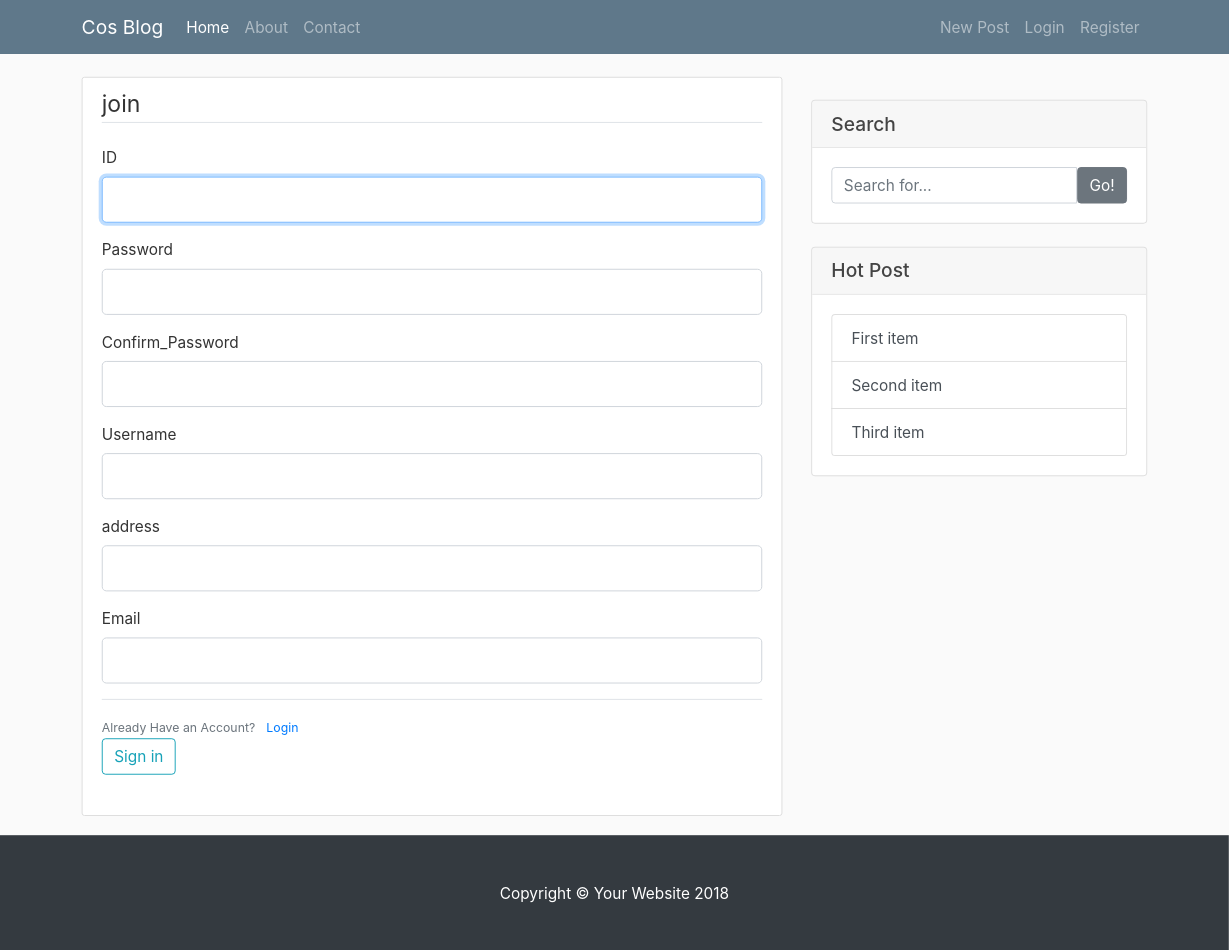
Repository: DogyeKing/blog
Page: http://localhost/blog/member/joinForm.jsp
An editor plug-in stored every save of this project. The page is shown before and after the next save, followed by the edit.
The browser window is 1280 px wide. The pictures show the whole page, at 96% of full size.
The page is served by Tomcat 9. Other server files are loaded and not shown.

Above is the page before, as saved 2018-08-08 07:14:48.

### blog/blog/WebContent/member/joinForm.jsp
<%@ page language="java" contentType="text/html; charset=UTF-8"
    pageEncoding="UTF-8"%>

<!DOCTYPE html>
<html>
<head>

  <meta charset="utf-8">
  <meta name="viewport" content="width=device-width, initial-scale=1, shrink-to-fit=no">
  <meta name="description" content="">
  <meta name="author" content="">

  <title>Cos Blog</title>

  <!-- Bootstrap core CSS -->
  <link href="<%=request.getContextPath()%>/css/bootstrap.css" rel="stylesheet">
  <!-- Bootstrap core JavaScript -->
  <script src="<%=request.getContextPath()%>/js/jquery.min.js"></script>
  <script src="<%=request.getContextPath()%>/js/bootstrap.bundle.min.js"></script>

  <!-- Custom styles for this template -->
  <link href="<%=request.getContextPath()%>/css/blog-home.css" rel="stylesheet">

</head>

<body>
	<!-- Nav Include -->
	<jsp:include page="/include/head.jsp"/>

<!-- Page Content -->
<div class="container">
  <div class="row">
    <!-- Blog Entries Column -->
<div class="col-md-8">
	<div class="content-section">
	<form method="POST" action="<%=request.getContextPath()%>/member?cmd=member_join">
		<fieldset class="form-group">
			<legend class="border-bottom mb-4">join</legend>
			<div class="form-group">
  			<label class="form-control-label">ID</label>
		  	<input class="form-control form-control-lg" type="text" name="id" maxlength="20" required autofocus>
			</div>

			<div class="form-group">
				<label class="form-control-label">Password</label>
				<input class="form-control form-control-lg" type="password" name="password" maxlength="20" required>
			</div>

			<div class="form-group">
				<label class="form-control-label">Confirm_Password</label>
				<input class="form-control form-control-lg" type="password" name="confirm" maxlength="20" required>
			</div>

			<div class="form-group">
				<label class="form-control-label">Username</label>
				<input class="form-control form-control-lg" type="text" name="username" maxlength="20" required>
			</div>

			<div class="form-group">
				<label class="form-control-label">address</label>
				<input class="form-control form-control-lg" type="text" name="roadFullAddr" maxlength="20" required>
			</div>

			<div class="form-group">
				<label class="form-control-label">Email</label>
				<input class="form-control form-control-lg" type="email" name="email" maxlength="20" required>
			</div>

			<div class="border-top pt-3">
				<small class="text-muted">
					Already Have an Account? <a class="ml-2" href="<%=request.getContextPath()%>/member/loginForm.jsp">Login</a>
				</small>
			</div>

			<div class="form-group">
				<button class="btn btn-outline-info" type="submit">Sign in</button>
			</div>

		</fieldset>
	</form>
	</div>
</div>

<!--  SideBar Include -->
	<jsp:include page="../include/aside.jsp"/>

<!-- Sidebar Widgets Column -->


</div>
<!-- /.row -->

</div>
<!-- /.container -->

<!-- Footer -->
<footer class="py-5 bg-dark">
  <div class="container">
    <p class="m-0 text-center text-white">Copyright &copy; Your Website 2018</p>
  </div>
  <!-- /.container -->
</footer>

</body>

</html>

### blog/blog/WebContent/include/head.jsp
<%@ page language="java" contentType="text/html; charset=UTF-8"
    pageEncoding="UTF-8"%>
<%@ taglib prefix="c" uri="http://java.sun.com/jsp/jstl/core" %>
<!DOCTYPE html>

  <!-- Navigation -->
 <nav class="navbar navbar-expand-lg navbar-dark bg-steel fixed-top">
   <div class="container">
     <a class="navbar-brand" href="<%=request.getContextPath()%>/main.jsp">Cos Blog</a>
     <button class="navbar-toggler" type="button" data-toggle="collapse" data-target="#navbarResponsive" aria-controls="navbarResponsive" aria-expanded="false" aria-label="Toggle navigation">
       <span class="navbar-toggler-icon"></span>
     </button>
     <div class="collapse navbar-collapse" id="navbarResponsive">
       <div class="navbar-nav">
           <a class="nav-item active nav-link mr-auto" href="#">Home
             <span class="sr-only">(current)</span>
           </a>
           <a class="nav-item nav-link" href="#">About</a>
              <a class="nav-item nav-link" href="#">Contact</a>
       </div>
       <div class="navbar-nav ml-auto">
           <a class="nav-item nav-link" href="#">New Post</a>

     <c:choose>
     	<c:when test="${empty sessionScope.id}">
    	 <a class="nav-item nav-link" href="<%=request.getContextPath()%>/member/loginForm.jsp">Login</a>
    	 <a class="nav-item nav-link" href="<%=request.getContextPath()%>/member/joinForm.jsp">Register</a>
     	</c:when>

     	<c:otherwise>
    	 <a class="nav-item nav-link" href="#">Account</a>
  	   <a class="nav-item nav-link" href="<%=request.getContextPath()%>/member?cmd=member_logout">Logout</a>
     	</c:otherwise>
     </c:choose>

       </div>
     </div>
   </div>
</nav>

### blog/blog/WebContent/include/aside.jsp
<%@ page language="java" contentType="text/html; charset=UTF-8"
    pageEncoding="UTF-8"%>
<div class="col-md-4">
  <!-- Search Widget -->
<div class="card my-4">
 <h5 class="card-header">Search</h5>
 <div class="card-body">
   <div class="input-group">
     <input type="text" class="form-control" placeholder="Search for...">
     <span class="input-group-btn">
       <button class="btn btn-secondary" type="button">Go!</button>
     </span>
   </div>
 </div>
</div>

<!-- Categories Widget -->
  <div class="card my-4">
    <h5 class="card-header">Hot Post</h5>
    <div class="card-body">
      <div class="list-group">
        <a href="#" class="list-group-item list-group-item-action">First item</a>
        <a href="#" class="list-group-item list-group-item-action">Second item</a>
        <a href="#" class="list-group-item list-group-item-action">Third item</a>
      </div>
    </div>
  </div>
</div>

### blog/blog/WebContent/css/blog-home.css
body {
	background: #fafafa;
	color: #333333;
	margin-top: 5rem;
}

h1,h2,h3,h4,h5,h6 {
	color: #444444;
}

.bg-steel {
	background-color: #5f788a;
}

.site-header .navbar-nav .nav-link {
	color: #cbd5db;
}

.site-header .navbar-nav .nav-link:hover {
	color: #ffffff;
}

.content-section {
	background: #ffffff;
	padding: 10px 20px;
	border: 1px solid #dddddd;
	border-radius: 3px;
	margin-bottom: 20px;
}

.article-title {
	color: #444444;
}

a.article-title:hover {
	color: #428bca;
	text-decoration: none;
}

.article-content {
	white-space: pre-line;
}

.article-img {
	height: 65px
	width: 65px;
	margin-right: 16px;
}

.article-metadata {
	padding-bottom: 1px;
	margin-bottom: 4px
	border-bottom: 1px solid #e3e3e3;
}

.article-metadata a:hover {
	color: #333;
	text-decoration: none;
}

.article-svg {
	width: 25px;
	height: 25px;
	vertical-align: middle;
}

.account-img {
	height: 125px;
	width: 125px;
	margin-right: 20px;
	margin-bottom: 16px;
}

.account-heading {
	font-size: 2.5rem;
}

Loaded but not shown: blog/blog/WebContent/css/bootstrap.css (library); blog/blog/WebContent/js/jquery.min.js (library); blog/blog/WebContent/js/bootstrap.bundle.min.js (library)

After the next save:
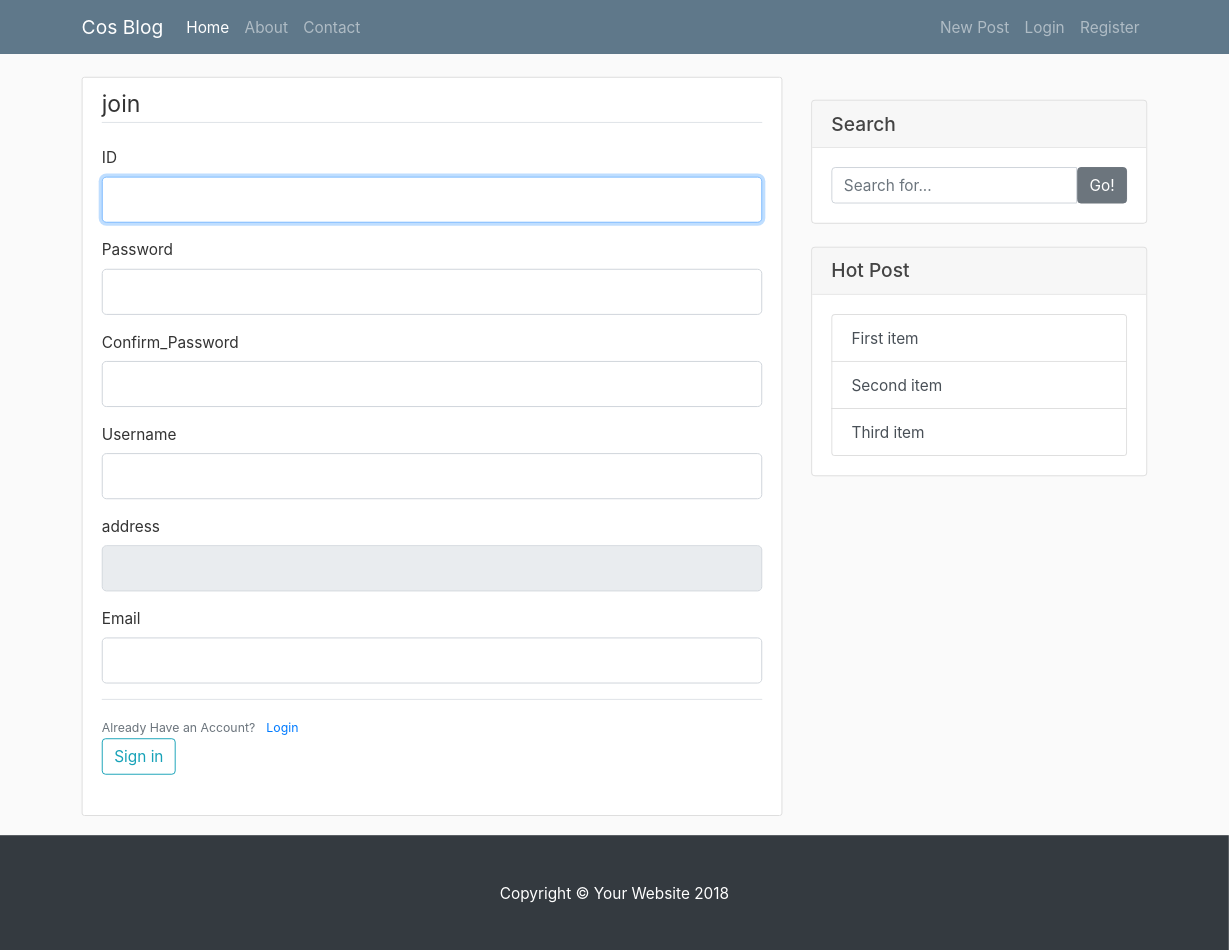
Saved 26 s later.
--- a/blog/blog/WebContent/member/joinForm.jsp
+++ b/blog/blog/WebContent/member/joinForm.jsp
@@ -58,7 +58,7 @@
 
 			<div class="form-group">
 				<label class="form-control-label">address</label>
-				<input class="form-control form-control-lg" type="text" name="roadFullAddr" maxlength="20" required>
+				<input class="form-control form-control-lg" type="text" name="roadFullAddr" maxlength="20" required readonly>
 			</div>
 
 			<div class="form-group">
